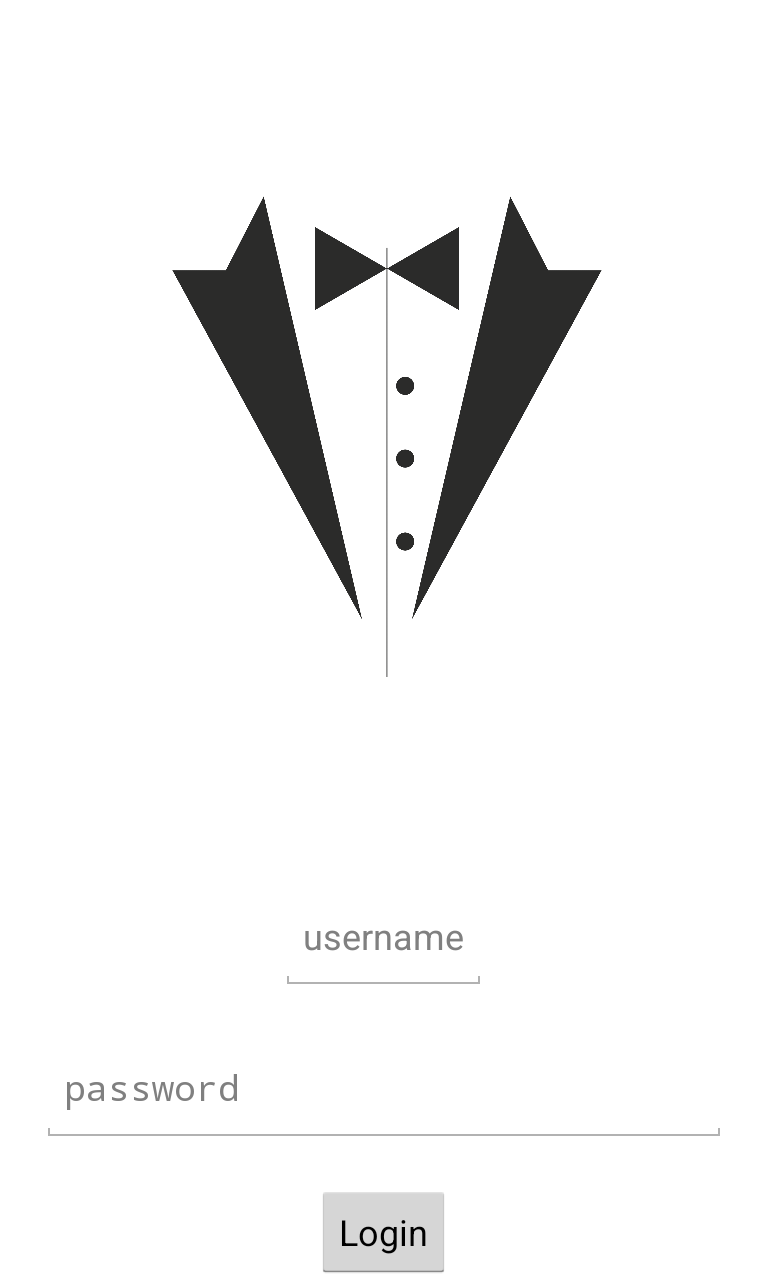
Repository: oszalex/SpryAndroid
Layout: android/Bro/res/layout/activity_main.xml
These files come from the project's save history. The layout is drawn as it stood at one moment and after the next save; the edit follows.
It is drawn on a 768 x 1280 px phone screen (xhdpi) without system bars, with theme AppTheme; the app's code is not run.

Above is the layout before, as saved 2014-01-21 16:32:06.

### android/Bro/res/layout/activity_main.xml
<LinearLayout xmlns:android="http://schemas.android.com/apk/res/android"
    xmlns:tools="http://schemas.android.com/tools"
    android:layout_width="match_parent"
    android:layout_height="match_parent"
    android:orientation="vertical" >

    <ImageView
        android:id="@+id/logo"
        android:layout_width="256dp"
        android:layout_height="256dp"
        android:layout_gravity="center_horizontal"
        android:layout_weight="3"
        android:contentDescription="@string/logo_description"
        android:src="@drawable/logo" />

    <EditText
        android:id="@+id/edit_username"
        android:layout_width="wrap_content"
        android:layout_height="0dp"
        android:layout_gravity="center_horizontal"
        android:layout_marginTop="20dp"
        android:layout_weight="1"
        android:hint="@string/edit_username" />

    <EditText
        android:id="@+id/edit_password"
        android:layout_width="fill_parent"
        android:layout_height="1sp"
        android:layout_gravity="center_horizontal"
        android:layout_marginLeft="20dp"
        android:layout_marginRight="20dp"
        android:layout_marginTop="20dp"
        android:layout_weight="1"
        android:hint="@string/edit_password"
        android:inputType="textPassword" />

    <Button
        android:layout_width="wrap_content"
        android:layout_height="wrap_content"
        android:layout_gravity="center_horizontal"
        android:layout_marginTop="20dp"
        android:text="@string/button_login" />

</LinearLayout>

### android/Bro/res/values/strings.xml
<?xml version="1.0" encoding="utf-8"?>
<resources>

    <string name="app_name">Bro</string>
    <string name="action_settings">Settings</string>
    <string name="edit_username">username</string>
    <string name="edit_password">password</string>
    <string name="button_login">Login</string>
    <string name="logo_description">Bro-Logo</string>

</resources>

Loaded but not shown: android/Bro/res/values/styles.xml (common file); android/Bro/res/values-v11/styles.xml (common file); android/Bro/res/values-v14/styles.xml (common file)

After the next save:
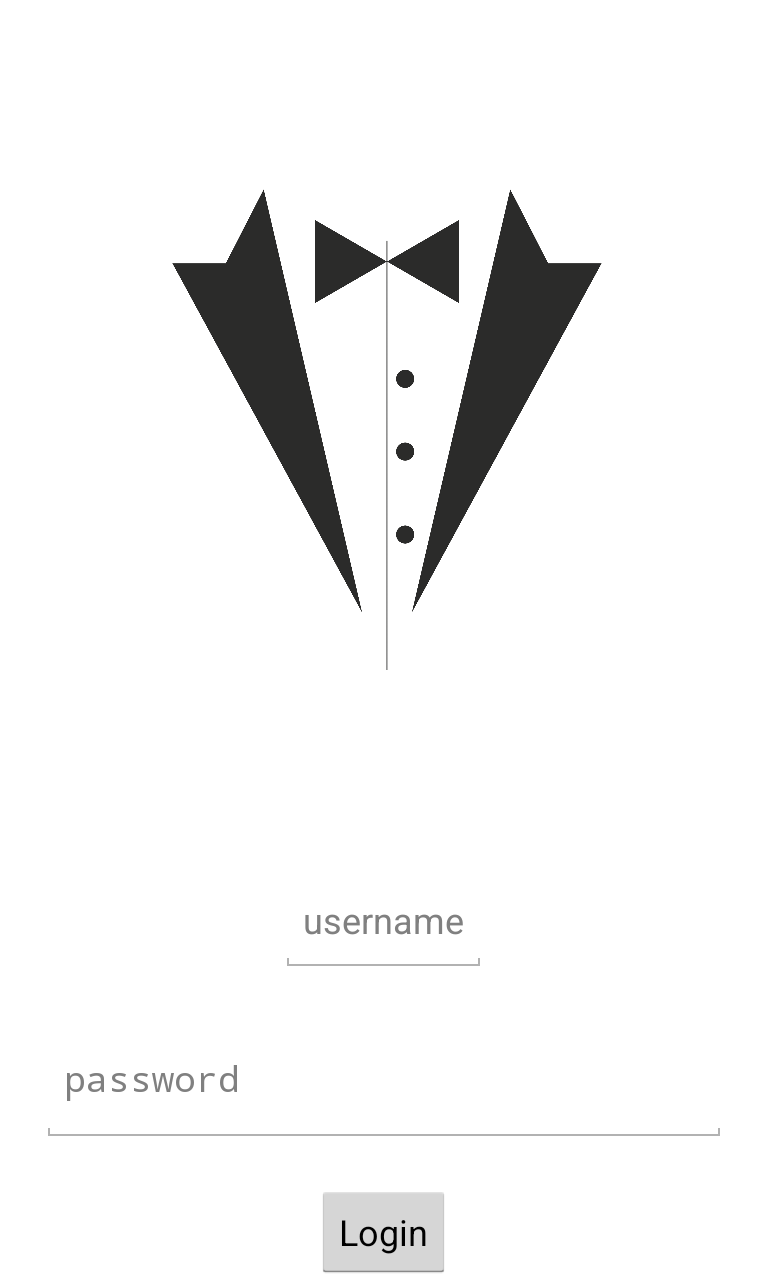
Saved 7 s later.
--- a/android/Bro/res/layout/activity_main.xml
+++ b/android/Bro/res/layout/activity_main.xml
@@ -25,7 +25,7 @@
     <EditText
         android:id="@+id/edit_password"
         android:layout_width="fill_parent"
-        android:layout_height="1sp"
+        android:layout_height="12sp"
         android:layout_gravity="center_horizontal"
         android:layout_marginLeft="20dp"
         android:layout_marginRight="20dp"
